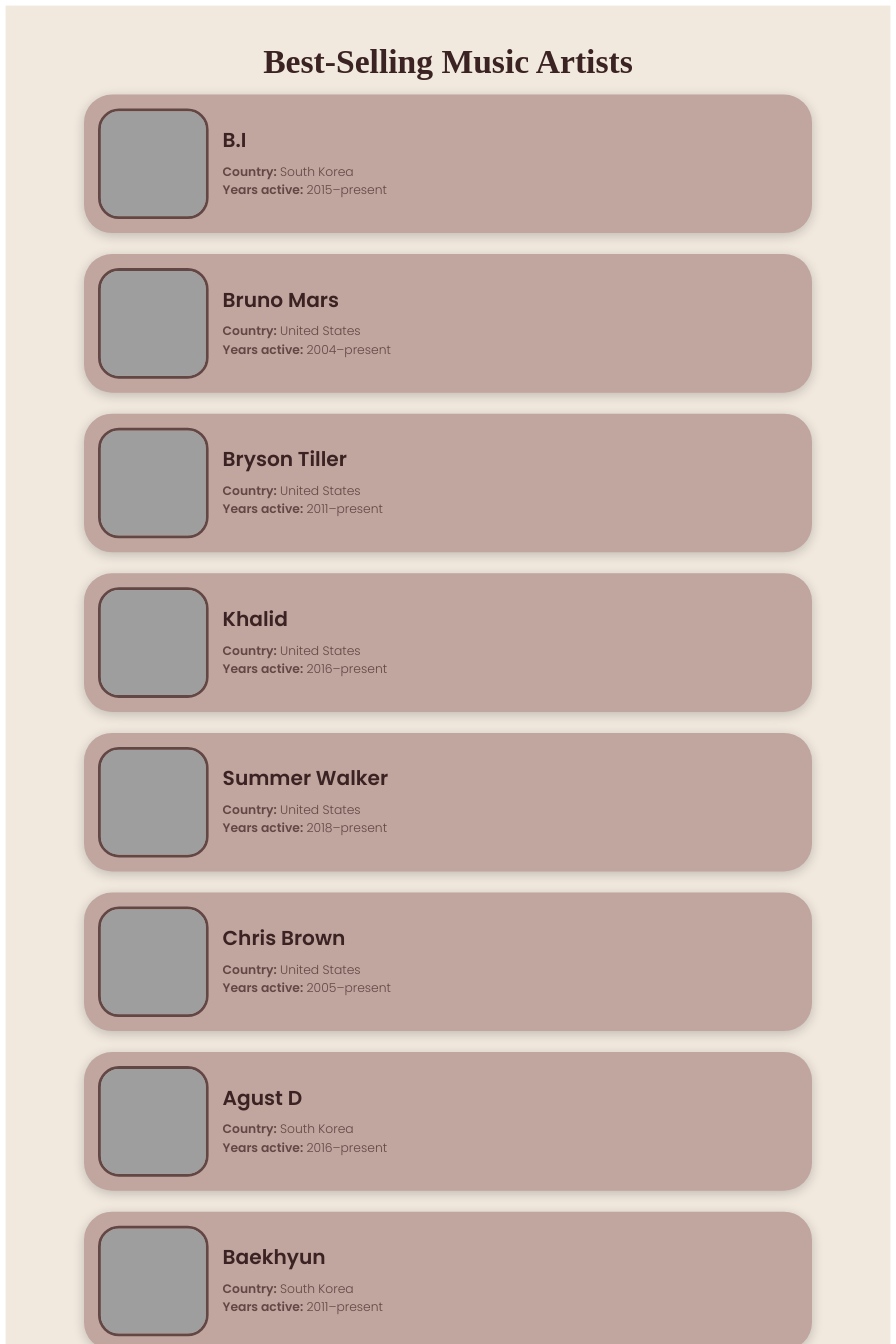
Repository: Zalida-Khan/Frontend-Lab2
Page: /
An editor plug-in stored every save of this project. The page is shown before and after the next save, followed by the edit.
The browser window is 1280 px wide. The pictures show the part of the page from y = 0 to 1920 px (the page is 4207 px tall), at 70% of full size.
Pictures or frames that could not be fetched are drawn as grey boxes. The project was rebuilt for these pictures with package versions that can differ from the ones it lists, and the page was loaded fresh each time. Also part of the build but not shown: vite.config.js.

Above is the page before, as saved 2024-10-01 23:43:49.
Not found: @fs/src/fonts/Bright Melody Display.otf

### index.html
<!doctype html>
<html lang="en">
  <head>
    <meta charset="UTF-8" />
    <link rel="icon" type="image/svg+xml" href="/vite.svg" />
    <meta name="viewport" content="width=device-width, initial-scale=1.0" />
    <link href="https://fonts.googleapis.com/css2?family=Poppins:wght@300;400;600&display=swap" rel="stylesheet">
    <title>Best Selling Music Artists</title>
  </head>
  <body>
    <div id="root"></div>
    <script type="module" src="/src/main.jsx"></script>
  </body>
</html>

### src/App.jsx
import React from 'react';
import { artists } from './best-selling-music-artists';
import ArtistDetails from './components/ArtistDetails';

function App() {
    return (
        <div className="app">
            <h1>Best-Selling Music Artists</h1>
            <div className="artist-list">
                {artists.map((artist) => (
                    <ArtistDetails key={artist.name} artist={artist} />
                ))}
            </div>
            <footer className="footer">
                <p>&copy; 2024 Best-Selling Music Artists. All content used for educational purposes.</p>
                <p>Designed by Zalida Khan</p>
            </footer>
        </div>
    );
}

export default App;

### src/index.css
@font-face {
    font-family: 'Bright Melody Display';
    src: url('./fonts/Bright Melody Display.otf') format('opentype');
    font-weight: normal;
    font-style: normal;
}

.layout {
    width: 60%;
    margin: 0 auto;
    background: #fff5e1;
    padding: 0 1em;
}

.app {
    text-align: center;
    font-family: 'Poppins', sans-serif;
    background-color: rgb(241, 233, 222);
    padding: 20px;
}

h1 {
    font-family: 'Bright Melody Display';
    font-size: 3em;
    color: rgb(60, 35, 35);
    margin-bottom: 20px;
}

.artist-list {
    display: flex;
    flex-direction: column;
    align-items: center;
}

.artist-card {
    display: flex;
    flex-direction: row;
    width: 95%;
    max-width: 1000px;
    background-color: rgb(193, 165, 159);
    border-radius: 40px;
    padding: 20px;
    margin-bottom: 30px;
    box-shadow: 0 4px 16px rgba(0, 0, 0, 0.2);
    align-items: center;
    transition: transform 0.3s, box-shadow 0.3s;
}

.artist-card:hover {
    transform: translateY(-5px);
    box-shadow: 0 8px 40px rgba(0, 0, 0, 0.3npm);
}

.artist-photo {
    width: 150px;
    height: 150px;
    object-fit: cover;
    border-radius: 30px;
    margin-right: 20px;
    border: 4px solid rgb(98, 71, 68);
}

.artist-info {
    flex: 1;
    text-align: left;
}

.artist-info h2 {
    font-size: 1.8em;
    color: rgb(60, 35, 35);
    margin: 0;
    margin-bottom: 10px;
}

.artist-info p {
    font-size: 1.1em;
    color: rgb(98, 71, 68);
    margin: 5px 0;
    font-weight: 300;
}

.footer {
    color: rgb(83, 51, 46);
    text-align: center;
    padding: 20px;
    border-radius: 40px;
    margin-top: 30px;
}

### src/best-selling-music-artists.js
export const artists = [
    {
        name: "B.I",
        photo_url: "https://www.usatoday.com/gcdn/presto/2023/05/25/USAT/7dca4d31-36ac-44a0-bb31-29882d178955-1.jpg?width=600&height=802&fit=crop&format=pjpg&auto=webp",
        country: "South Korea",
        years_active: "2015–present",
    },
    {
        name: "Bruno Mars",
        photo_url: "https://assets.simpleviewcms.com/simpleview/image/upload/c_fill,f_avif,h_711,q_65,w_960/v1/crm/lasvegas/bruno_mars_30D1F154-0475-C2D6-E773603CE857E818_30d2dc7f-a6f7-d7de-a706d382f4f5e920.jpg",
        country: "United States",
        years_active: "2004–present",
    },
    {
        name: "Bryson Tiller",
        photo_url: "https://i.scdn.co/image/ab6761610000e5eb078fdd734b7f0aa782328428",
        country: "United States",
        years_active: "2011–present",
    },
    {
        name: "Khalid",
        photo_url: "https://www.rollingstone.com/wp-content/uploads/2024/07/Khalid-Press-Photo_Credit-ro.lexx_.jpg?w=1581&h=1054&crop=1",
        country: "United States",
        years_active: "2016–present",
    },
    {
        name: "Summer Walker",
        photo_url: "https://www.clashmusic.com/sites/default/files/field/image/113_%20SingleImage132.jpg",
        country: "United States",
        years_active: "2018–present",
    },
    {
        name: "Chris Brown",
        photo_url: "https://pbs.twimg.com/media/F-qHTZ0W8AAhyBD.jpg",
        country: "United States",
        years_active: "2005–present",
    },
    {
        name: "Agust D",
        photo_url: "https://www.rollingstone.com/wp-content/uploads/2023/04/suga-03-RS-1800.jpg?w=1581&h=1054&crop=1",
        country: "South Korea",
        years_active: "2016–present",
    },
    {
        name: "Baekhyun",
        photo_url: "https://pbs.twimg.com/media/GVvQ5Zqa8AYOWYq.jpg:large",
        country: "South Korea",
        years_active: "2011–present",
    },

    {
        name: "Kehlani",
        photo_url: "https://yt3.googleusercontent.com/Rlz8Ss75sQoLpAiPZddueZPiSkPph4LIs1Zk5NprRcqP5KctkLfGqn4iGhv_YaXB3CwvJX0pAg=s900-c-k-c0x00ffffff-no-r",
        country: "United States",
        years_active: "2009–present",
    },
    {
        name: "SZA",
        photo_url: "https://i.pinimg.com/736x/82/d6/f1/82d6f1c6dc78c9a69c4c1b5c47d87cb5.jpg",
        country: "United States",
        years_active: "2012–present",
    },
    {
        name: "Brent Faiyaz",
        photo_url: "https://pbs.twimg.com/media/FFS-y0CX0BQ69Sn?format=jpg&name=large",
        country: "United States",
        years_active: "2014–present",
    },
    {
        name: "Jimin",
        photo_url: "https://i.pinimg.com/236x/0e/28/2a/0e282a1a37db6ae75d06acde34a527f6.jpg",
        country: "South Korea",
        years_active: "2013–present",
    },
    {
        name: "Rihanna",
        photo_url: "https://cdn.mos.cms.futurecdn.net/Ki3rQUuTJ47MzVTQ9C8nWL.jpg",
        country: "Barbados",
        years_active: "2003–present",
    },
    {
        name: "Asim Azhar",
        photo_url: "https://i.scdn.co/image/ab6761610000e5ebf204923a89eea5cef649b004",
        country: "Pakistan",
        years_active: "2013–present",
    },
    {
        name: "The Weeknd",
        photo_url: "https://media.gq.com/photos/5df3e7114e7a380009b83ba2/1:1/w_2000,h_2000,c_limit/The%20Weekend-Grooming-Gods-12-15.jpg",
        country: "Canada",
        years_active: "2010–present",
    },
    {
        name: "Jung Kook",
        photo_url: "https://static.toiimg.com/thumb/msid-112703349,width-400,resizemode-4/112703349.jpg",
        country: "South Korea",
        years_active: "2013–present",
    },
    {
        name: "ASAP Rocky",
        photo_url: "https://s.abcnews.com/images/GMA/ASAP-rocky-file-gty-ml-190814_hpMain_16x9_992.jpg?w=384",
        country: "United States",
        years_active: "2007–present",
    },
];

### src/components/ArtistDetails.jsx
import React from 'react';

function ArtistDetails({ artist }) {
    return (
        <div className="artist-card">
            <img src={artist.photo_url} alt={artist.name} className="artist-photo" />
            <div className="artist-info">
               <h2>{artist.name}</h2>
                <p>
                    <span><strong>Country:</strong> {artist.country}</span><br />
                    <span><strong>Years active:</strong> {artist.years_active}</span>
                </p>
            </div>
        </div>
    );
}

export default ArtistDetails;

Loaded but not shown: src/main.jsx (common file)

After the next save:
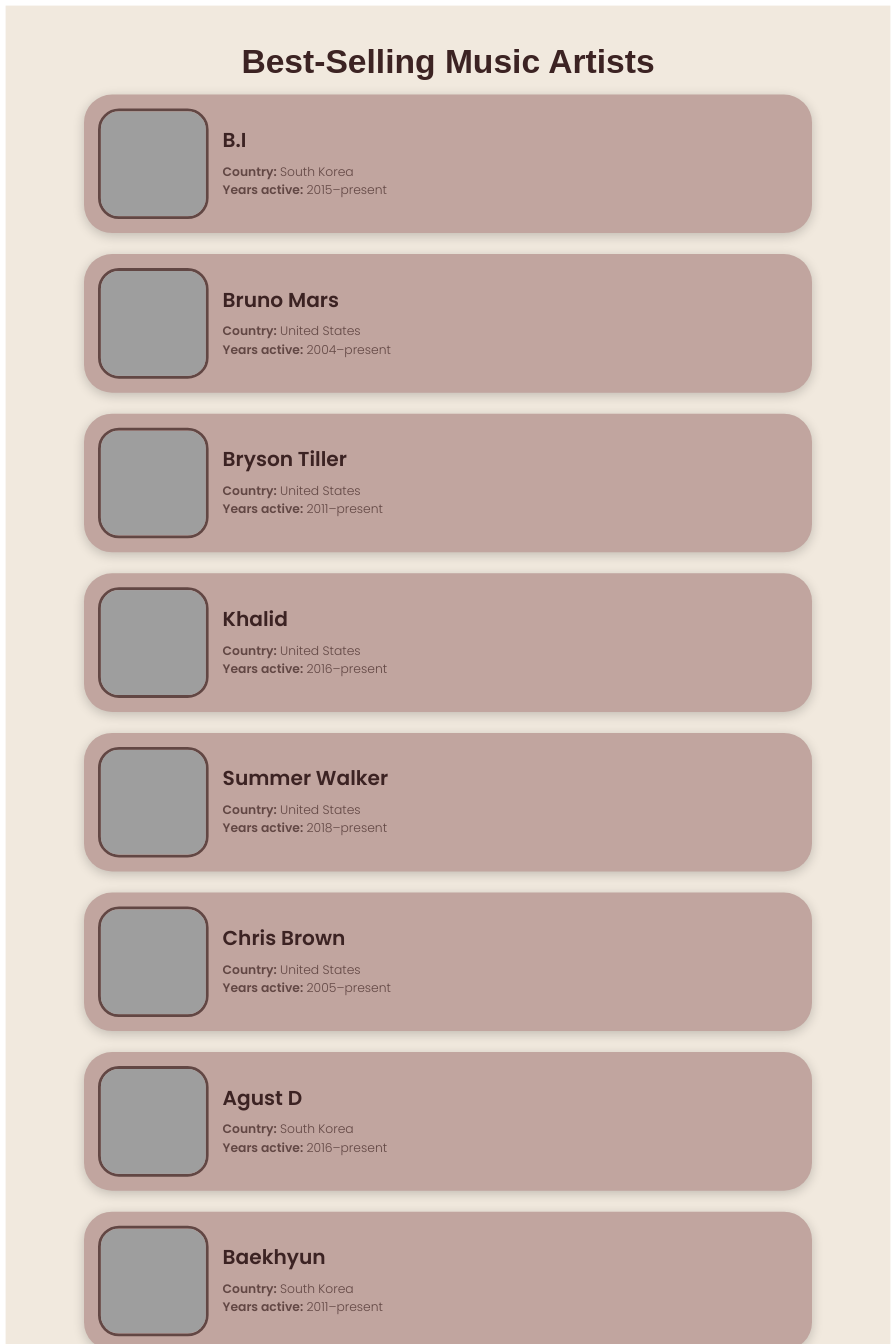
Saved 8 min 59 s later.
--- a/src/index.css
+++ b/src/index.css
@@ -20,7 +20,7 @@
 }
 
 h1 {
-    font-family: 'Bright Melody Display';
+    font-family: 'Bright Melody Display', sans-serif;
     font-size: 3em;
     color: rgb(60, 35, 35);
     margin-bottom: 20px;
